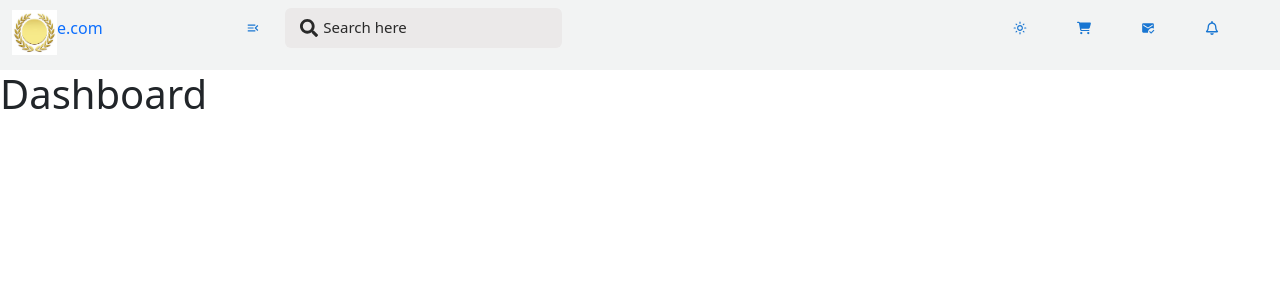
Repository: gautamsonam011/admin-react-dashboard
Page: /
These files come from the project's save history. The page is drawn as it stood at one moment and after the next save; the edit follows.
The browser window is 1280 px wide. The pictures show the whole page.
The project was rebuilt for these pictures with package versions that can differ from the ones it lists, and the page was loaded fresh each time.

Above is the page before, as saved 2025-04-14 13:43:58.

### src/App.js
import { BrowserRouter, Routes, Route } from 'react-router-dom';
import './App.css';
import 'bootstrap/dist/css/bootstrap.min.css';
import Dashboard from './pages/Dashboard/Dashboard';
import Header from "./components/Header/index";
function App() {
  return (
    <BrowserRouter>
    <Header/>
    <Routes>
      <Route path = "/" exact={true} element={<Dashboard/>} />
    </Routes>
    </BrowserRouter>
  );
}

export default App;

### src/App.css
@import url('https://fonts.googleapis.com/css2?family=Ubuntu:ital,wght@0,300;0,400;0,500;0,700;1,300;1,400;1,500;1,700&display=swap');

body{
  font-family: "Ubuntu", sans-serif;
  background-color: #888383;

}

header{
  width:100%;
  height: 70px;
  background-color:#f2f3f3;
}
header .logo{
  text-decoration: none;
}
header .logo img{
  margin-top: 10px;
  width:45px;

}

header .logo span{
color: coral;
font-weight: bolder;
font-size: 24px;
}
header button .rounded-circle{min-width:40px !important; width:40px !important; height: 40px !important; background-color:#f0f5ff !important}
header button .rounded-circle svg{color:rgb(29, 27, 27); font-size: 25px !important;}
.searchBox{width:400px; height: 40px; background-color:#ebe9e9; border-radius: 6px;padding: 3px 15px;}
.searchBox input{background: transparent;border:0px; outline:none; padding-left: 5px; font-size: 15px; color:#292929}
.searchBox input::-webkit-input-placeholder{color:#292929}
.searchBox svg{font-size: 18px; color:#292929 ;}

### src/pages/Dashboard/Dashboard.jsx
const Dashboard = () =>{
    return (
        <>
        <h1>Dashboard</h1>
        </>
    )
}

export default Dashboard;

### src/components/Header/index.jsx
import {Link} from "react-router-dom";
import logo from "../../assests/images/logo.jpg";
import Button from '@mui/material/Button';
import { MdMenuOpen } from "react-icons/md";
import { MdOutlineMenu } from "react-icons/md";
import SearchBox from "../SearchBox";
import { MdOutlineLightMode } from "react-icons/md";
import { MdDarkMode } from "react-icons/md";
import { FaCartShopping } from "react-icons/fa6";
import { MdMarkEmailRead } from "react-icons/md";
import { FaRegBell } from "react-icons/fa";


const Header = () =>{
    return (
        <>
        <header>
            <div className="container-fluid">
                <div className="row d-flex align-items-center w-100">
                    {/* logo */}
                    <div className="col-sm-2">
                        <Link to="/" className="d-flex align-items-center logo">
                        <img src={logo} alt="logo"/>
                        <spam className="ml-2">e.com</spam>
                        </Link>
                    </div>
                    <div className="col-sm-3 d-flex align-items-center pl-4">
                    <Button className="rounded-circle"><MdMenuOpen/></Button>
                    <SearchBox/>
                    </div>
                    <div className="col-sm-7 d-flex align-items-center justify-content-end part3">
                    <Button className="rounded-circle"><MdOutlineLightMode/></Button>
                    <Button className="rounded-circle"><FaCartShopping/></Button>
                    <Button className="rounded-circle"><MdMarkEmailRead/></Button>
                    <Button className="rounded-circle"><FaRegBell/></Button>

                    </div>
                </div>
            </div>
        </header>
        </>
    )
}

export default Header

### src/components/SearchBox.jsx
import { FaSearch } from "react-icons/fa";

const SearchBox = () =>{
    return (
        <div className="searchBox position-relative d-flex align-items-center">
            <FaSearch className="mr-2" />
            <input type="text" placeholder="Search here"  />
        </div>
    )
}

export default SearchBox;

Loaded but not shown: public/index.html (common file); src/index.js (common file); src/reportWebVitals.js (common file)

After the next save:
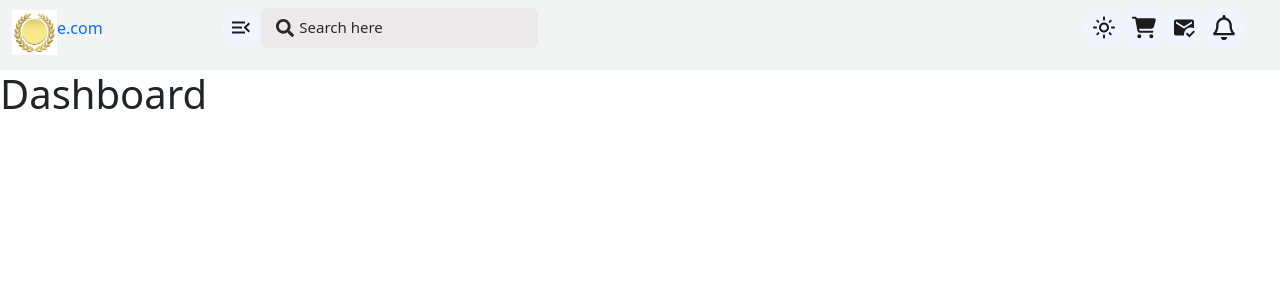
Saved 40 s later.
--- a/src/App.css
+++ b/src/App.css
@@ -25,8 +25,8 @@ color: coral;
 font-weight: bolder;
 font-size: 24px;
 }
-header button .rounded-circle{min-width:40px !important; width:40px !important; height: 40px !important; background-color:#f0f5ff !important}
-header button .rounded-circle svg{color:rgb(29, 27, 27); font-size: 25px !important;}
+header .rounded-circle{min-width:40px !important; width:40px !important; height: 40px !important; background-color:#f0f5ff !important}
+header .rounded-circle svg{color:rgb(29, 27, 27); font-size: 25px !important;}
 .searchBox{width:400px; height: 40px; background-color:#ebe9e9; border-radius: 6px;padding: 3px 15px;}
 .searchBox input{background: transparent;border:0px; outline:none; padding-left: 5px; font-size: 15px; color:#292929}
 .searchBox input::-webkit-input-placeholder{color:#292929}

After the 2 saves that followed:
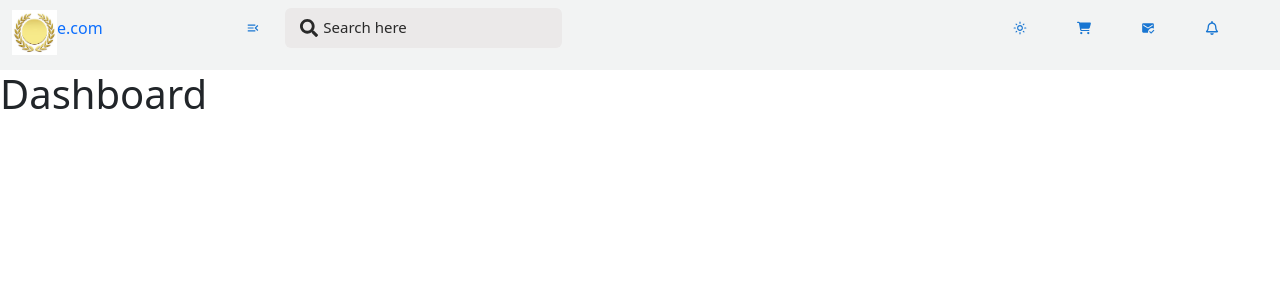
The 2 saves are shown as one change because 1 left the picture as it was.
The last was saved 56 s later.
--- a/src/App.css
+++ b/src/App.css
@@ -2,7 +2,7 @@
 
 body{
   font-family: "Ubuntu", sans-serif;
-  background-color: #888383;
+  background-color: #fff;
 
 }
 
@@ -25,8 +25,8 @@ color: coral;
 font-weight: bolder;
 font-size: 24px;
 }
-header .rounded-circle{min-width:40px !important; width:40px !important; height: 40px !important; background-color:#f0f5ff !important}
-header .rounded-circle svg{color:rgb(29, 27, 27); font-size: 25px !important;}
+header button .rounded-circle{min-width:40px !important; width:40px !important; height: 40px !important; background-color:#f0f5ff !important}
+header button .rounded-circle svg{color:rgb(29, 27, 27); font-size: 25px !important;}
 .searchBox{width:400px; height: 40px; background-color:#ebe9e9; border-radius: 6px;padding: 3px 15px;}
 .searchBox input{background: transparent;border:0px; outline:none; padding-left: 5px; font-size: 15px; color:#292929}
 .searchBox input::-webkit-input-placeholder{color:#292929}
